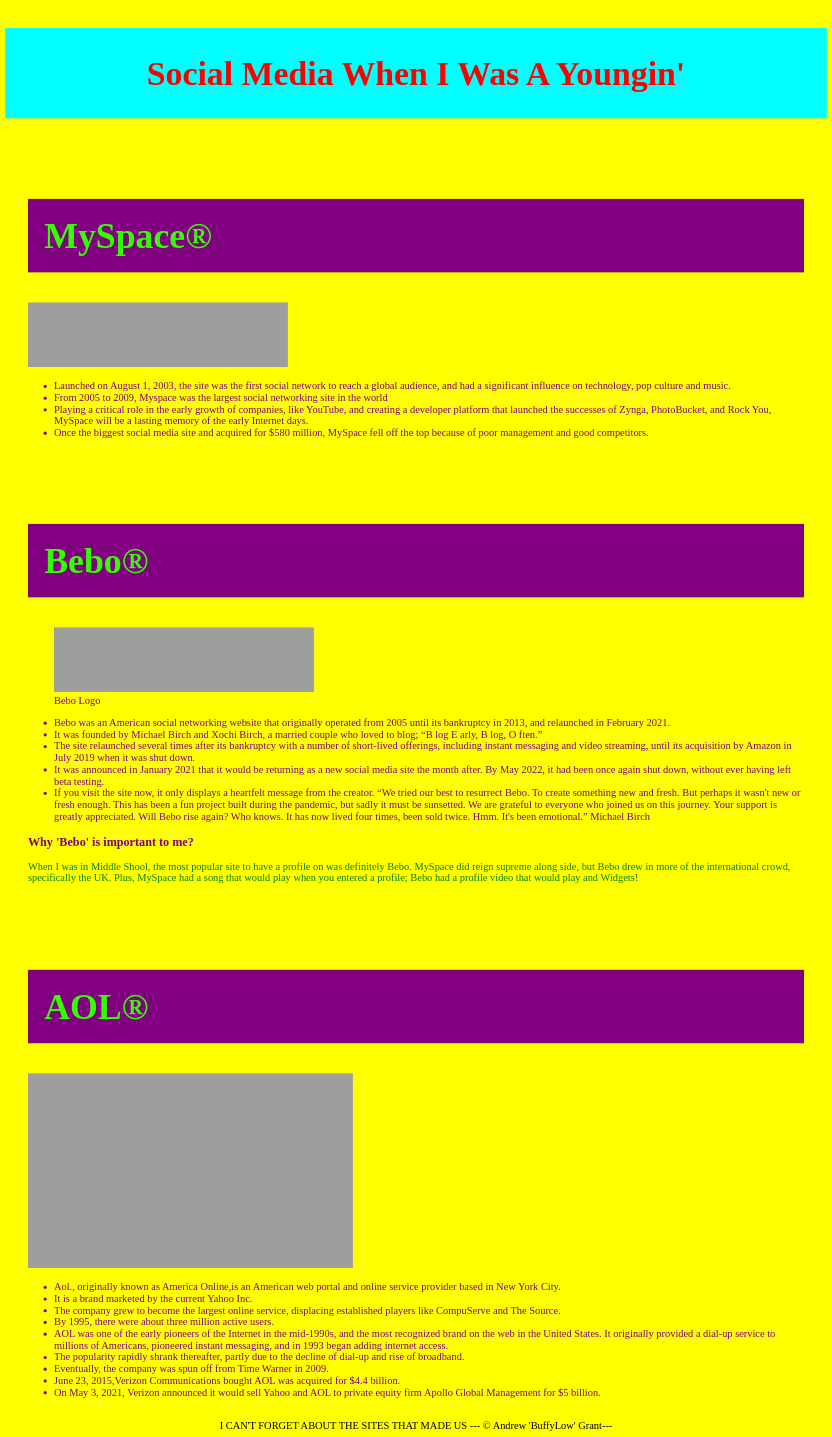
Repository: AndrewGrantt/LC101
Page: LC101/js-assignment-4-html-me-something-buffylow/index.html
These files come from the project's save history. The page is drawn as it stood at one moment and after the next save; the edit follows.
The browser window is 1280 px wide. The pictures show the whole page, at 65% of full size.
Pictures or frames that could not be fetched are drawn as grey boxes.

Above is the page before, as saved 2022-07-18 23:44:37.

After the next save:
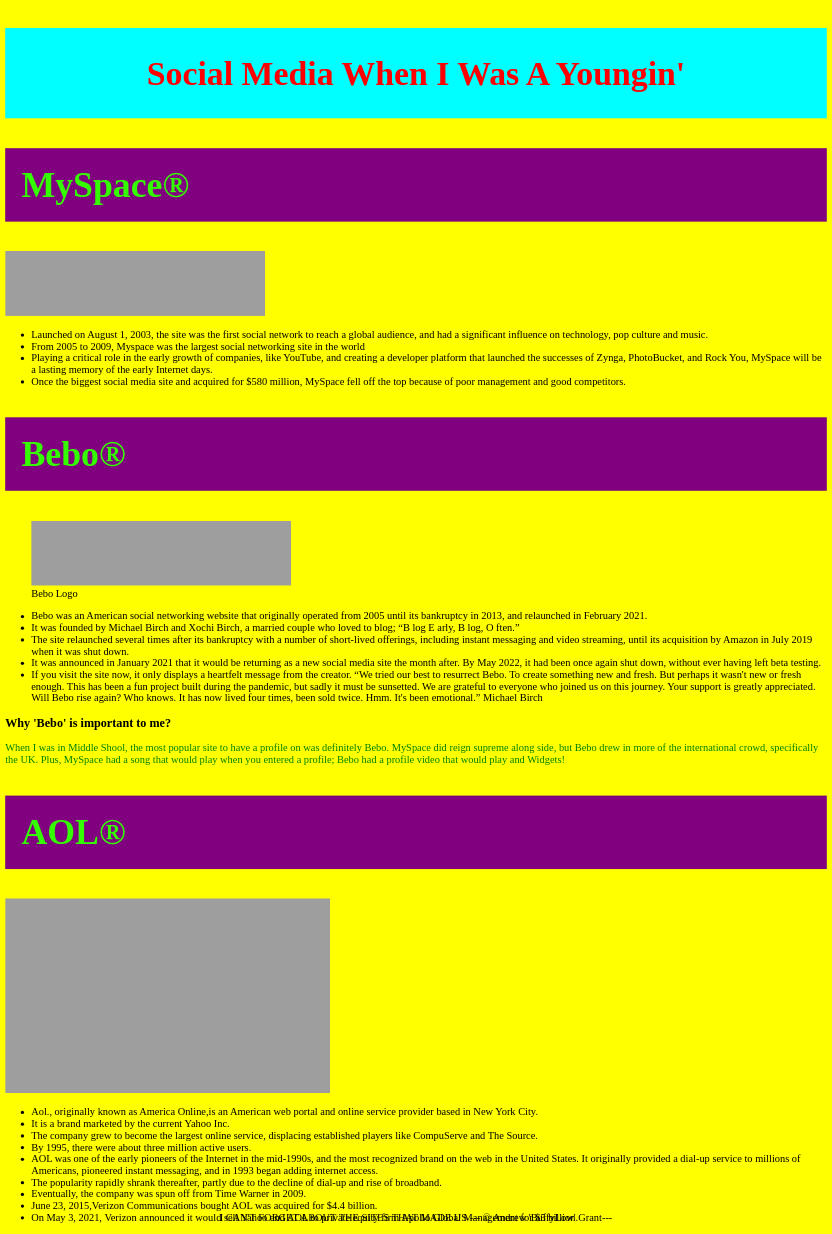
Saved 14 min 29 s later.
--- a/LC101/js-assignment-4-html-me-something-buffylow/index.html
+++ b/LC101/js-assignment-4-html-me-something-buffylow/index.html
@@ -9,8 +9,7 @@
 <article class="all-sites">
    <h1 element id="mainHeading">Social Media When I Was A Youngin'</h1>
 
-  <article class="sites">
-   <section>
+   <section1>
     <h2 id="headcolor">MySpace&reg;</h2>
     <img src="./Images/MySpace_logo.JPG" alt="MySpace Logo 2004-2010" width="400" height="100">
     <p>
@@ -25,11 +24,8 @@
      </ul>
    </p>
    </section>
-  </article>
 
-
-  <article class="sites">
-    <section>
+    <section2>
     <h2 id="headcolor">Bebo&reg;</h2>
     <figure>
       <img src="./Images/bebo.JPG" alt="Bebo Logo" width="400" height="100">
@@ -57,15 +53,15 @@
    </ul>
    </p>
     </section>
-    <section>
+
+    <section3>
       <h3 > Why 'Bebo' is important to me?</h3>
       <p id="testP" element class="funParagraph">
          When I was in Middle Shool, the most popular site to have a profile on was definitely Bebo. MySpace did reign supreme along side, but Bebo drew in more of the international crowd, specifically the UK.  Plus, MySpace had a song that would play when you entered a profile; Bebo had a profile video that would play and Widgets!
       </p>
     </section>
-  </article>
-  <article class="sites">
-    <section>
+
+    <section4>
     <h2 id="headcolor">AOL&reg;</h2>
     <img src="./Images/AOL.JPG" alt="AOL Logo" width="500" height="300">
     <p>
@@ -82,7 +78,7 @@
       </ul>
       </p>
     </section>
-  </article>
+
 </article>
   </main>
 <footer id="foot" >
--- a/LC101/js-assignment-4-html-me-something-buffylow/styles.css
+++ b/LC101/js-assignment-4-html-me-something-buffylow/styles.css
@@ -11,7 +11,7 @@
     text-align: left;
     padding: 35px;
     background-color: lime
-    font-size: 45px;
+    font-size 45px;
   }
   #mainHeading {
     background-color:aqua;
